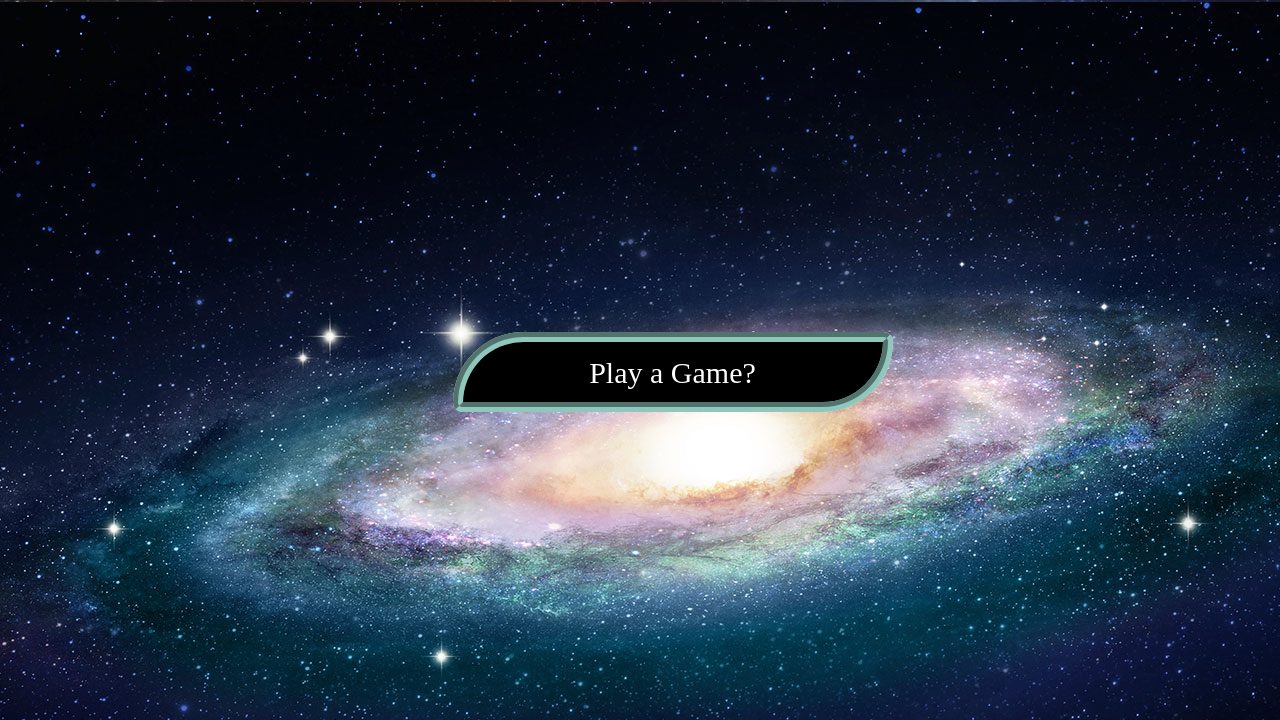
Repository: dsaftler/Trivia
Page: index.html
An editor plug-in stored every save of this project. The page is shown before and after the next save, followed by the edit.
The browser window is 1280 px wide. The pictures show the whole page.
Some web fonts or font styles are not loaded; a fallback is used.

Above is the page before, as saved 2019-04-13 20:38:33.

After the next save:
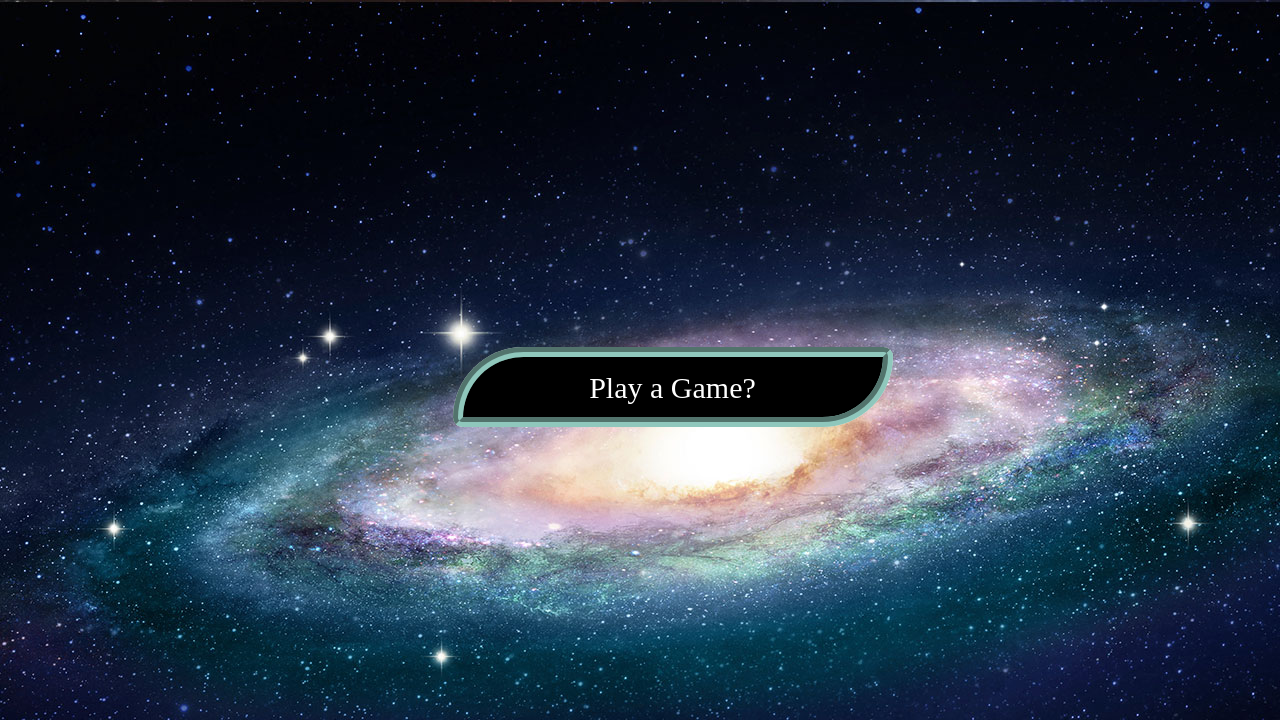
Saved 9 s later.
--- a/assets/css/style.css
+++ b/assets/css/style.css
@@ -98,7 +98,7 @@ li:hover {
   width: 75%;
   padding-top: 70px;
 }
-#showTimer {
+#timer {
   font-size: 30px;
   font-weight: bolder;
 }

After the 2 saves that followed:
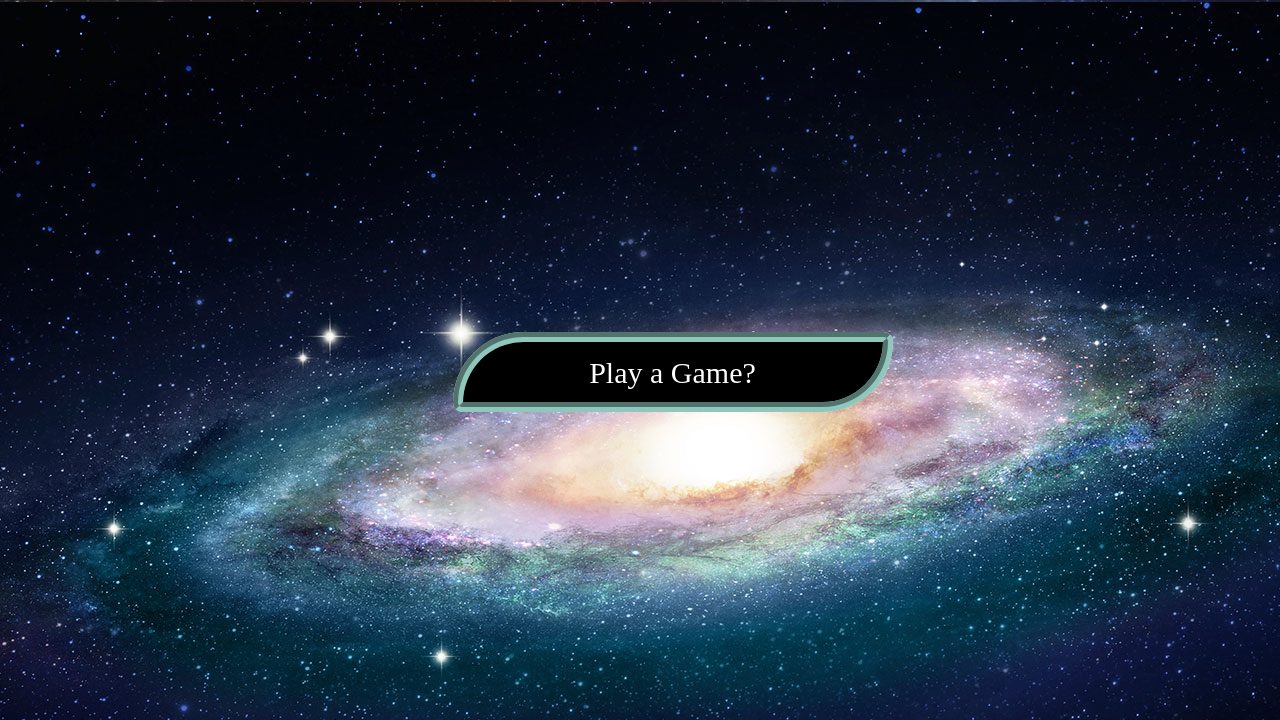
The 2 saves are shown as one change because 1 left the picture as it was.
The last was saved 113 s later.
--- a/index.html
+++ b/index.html
@@ -18,7 +18,7 @@
 </head>
 <body>
 <div class="container">
-  <div id="timer"</div>
+  <div id="timer"></div>
   <div class="scoreElements glowing darkblue">
    <div id="showWinsCnt"><span id="wins"></span></div>
    <div id="showLoseCnt"><span id="wrongs"></span></div>
--- a/assets/javascript/app.js
+++ b/assets/javascript/app.js
@@ -165,7 +165,7 @@ function showMe(result){
       wrongs++
       break;
     case "miss":
-      $("#timer").text(Timed-Out);
+      $("#timer").text("Timed-Out");
       sayCorrect= 'The answer was:  ' + correctAnswer
       misses++;
       break;
